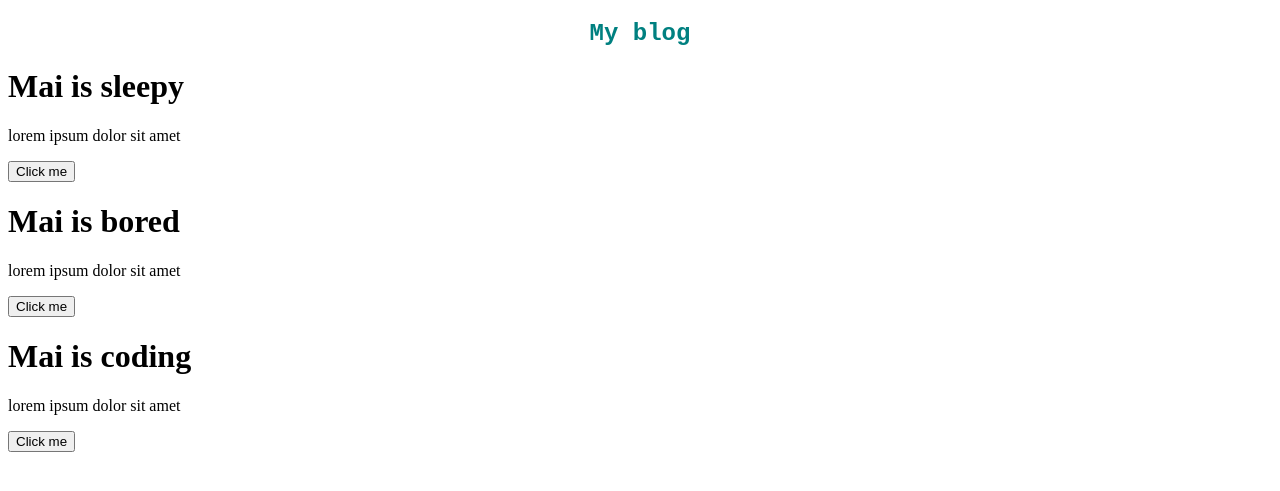
Repository: MaiCrespo/BlogEntry
Page: /
An editor plug-in stored every save of this project. The page is shown before and after the next save, followed by the edit.
The browser window is 1280 px wide. The pictures show the whole page.
The project was rebuilt for these pictures with package versions that can differ from the ones it lists, and the page was loaded fresh each time. Also part of the build but not shown: vite.config.js.

Above is the page before, as saved 2025-09-10 13:58:32.

### index.html
<!DOCTYPE html>
<html lang="en">
  <head>
    <meta charset="UTF-8" />
    <link rel="icon" type="image/png+xml" href="/FaviconWilbur.png" />
    <meta name="viewport" content="width=device-width, initial-scale=1.0" />
    <title>Mai yahoo</title>
  </head>
  <body>
    <div id="root"></div>
    <script type="module" src="/src/main.jsx"></script>
  </body>
</html>

### src/index.css
h2 {
  color: teal;
  text-align: center;
  font-family: "Courier New", Courier, monospace;
}

### src/App.jsx
import BlogEntry from "./BlogEntry.jsx";
function App() {
  return (
    <div>
      <h2>My blog</h2>
      <BlogEntry title="Mai is sleepy" summary="lorem ipsum dolor sit amet" />
      <BlogEntry title="Mai is bored" summary="lorem ipsum dolor sit amet" />
      <BlogEntry title="Mai is coding" summary="lorem ipsum dolor sit amet" />
    </div>
  );
}

export default App;

### src/BlogEntry.jsx
function BlogEntry(props) {
  const buttonLabel = "Click me";
  return (
    <div>
      <h1>{props.title}</h1>
      <p>{props.summary}</p>
      <button>{buttonLabel}</button>
    </div>
  );
}
export default BlogEntry;

Loaded but not shown: src/main.jsx (common file)

After the next save:
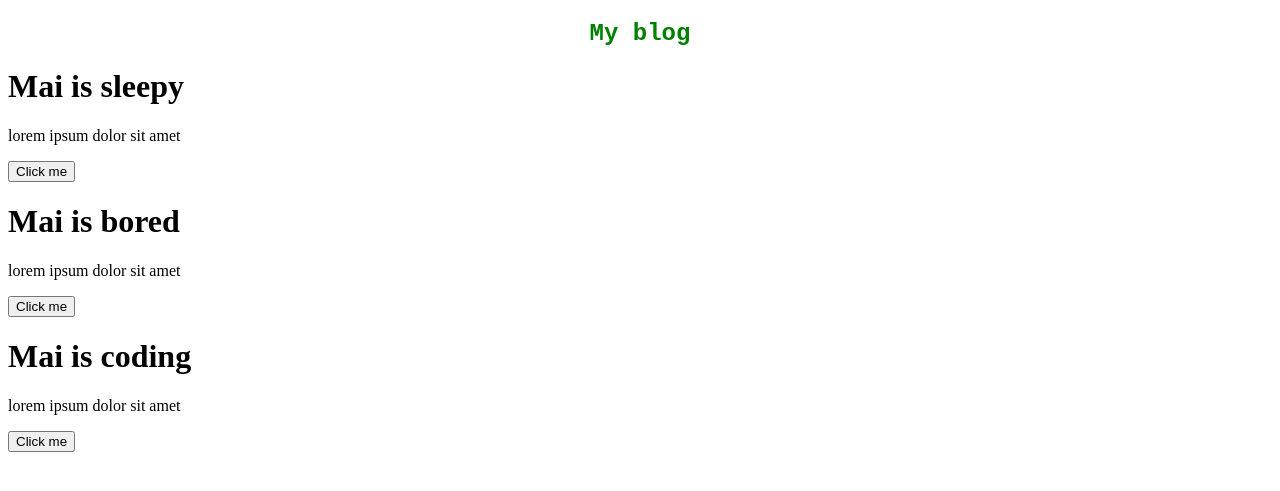
Saved 13 s later.
--- a/src/index.css
+++ b/src/index.css
@@ -1,5 +1,5 @@
 h2 {
-  color: teal;
+  color: green;
   text-align: center;
   font-family: "Courier New", Courier, monospace;
 }
